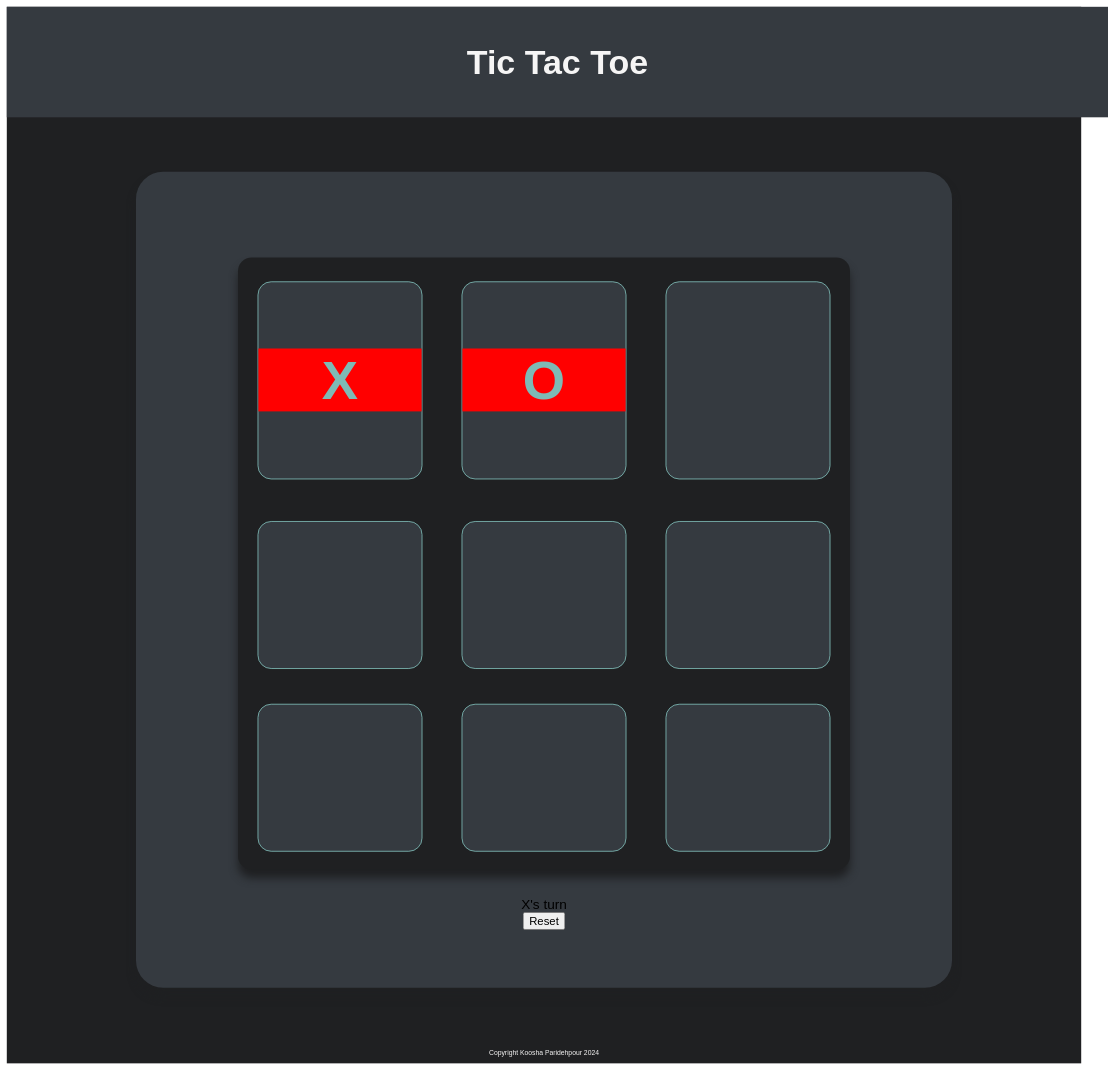
Repository: KooshaPari/odin-TTT
Page: index.html
The author's editor kept a copy of each file at every save. The page is drawn from the files as they stood at one save, then again after the next save.
The browser window is 1280 px wide. The page is 1304 px wide, so the pictures cover 1304 px, including what lies to the right of the window. The pictures show the whole page, at 85% of full size.

Above is the page before, as saved 2024-03-14 22:58:32.

After the next save:
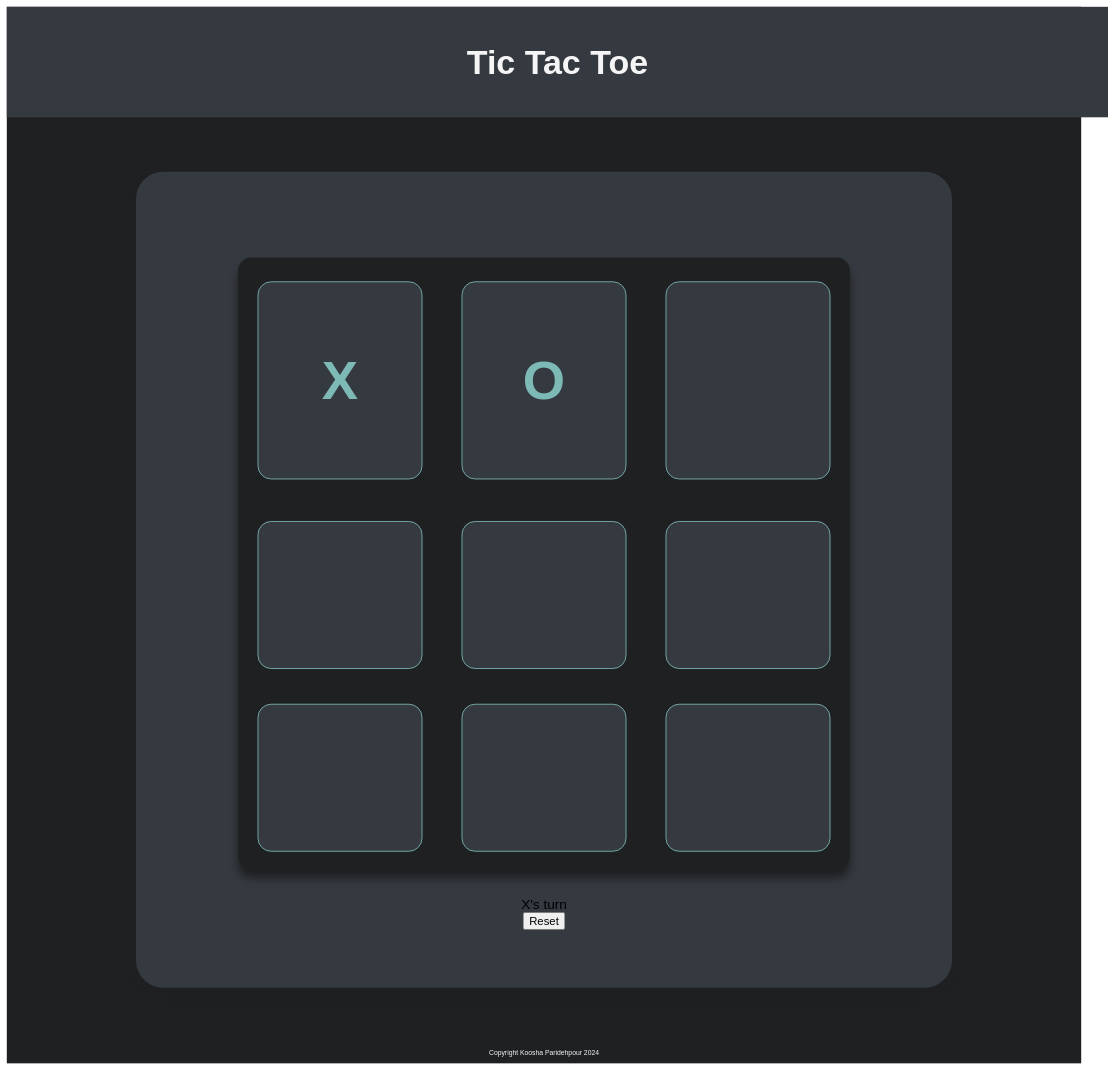
Saved 28 s later.
--- a/style.css
+++ b/style.css
@@ -119,6 +119,7 @@
   color: #7ebab5;
   width: 5vw;
   font-weight: bold;
+  overflow:hidden
   background-color: red;
   padding: 0;
   margin: 0;

After the save that followed:
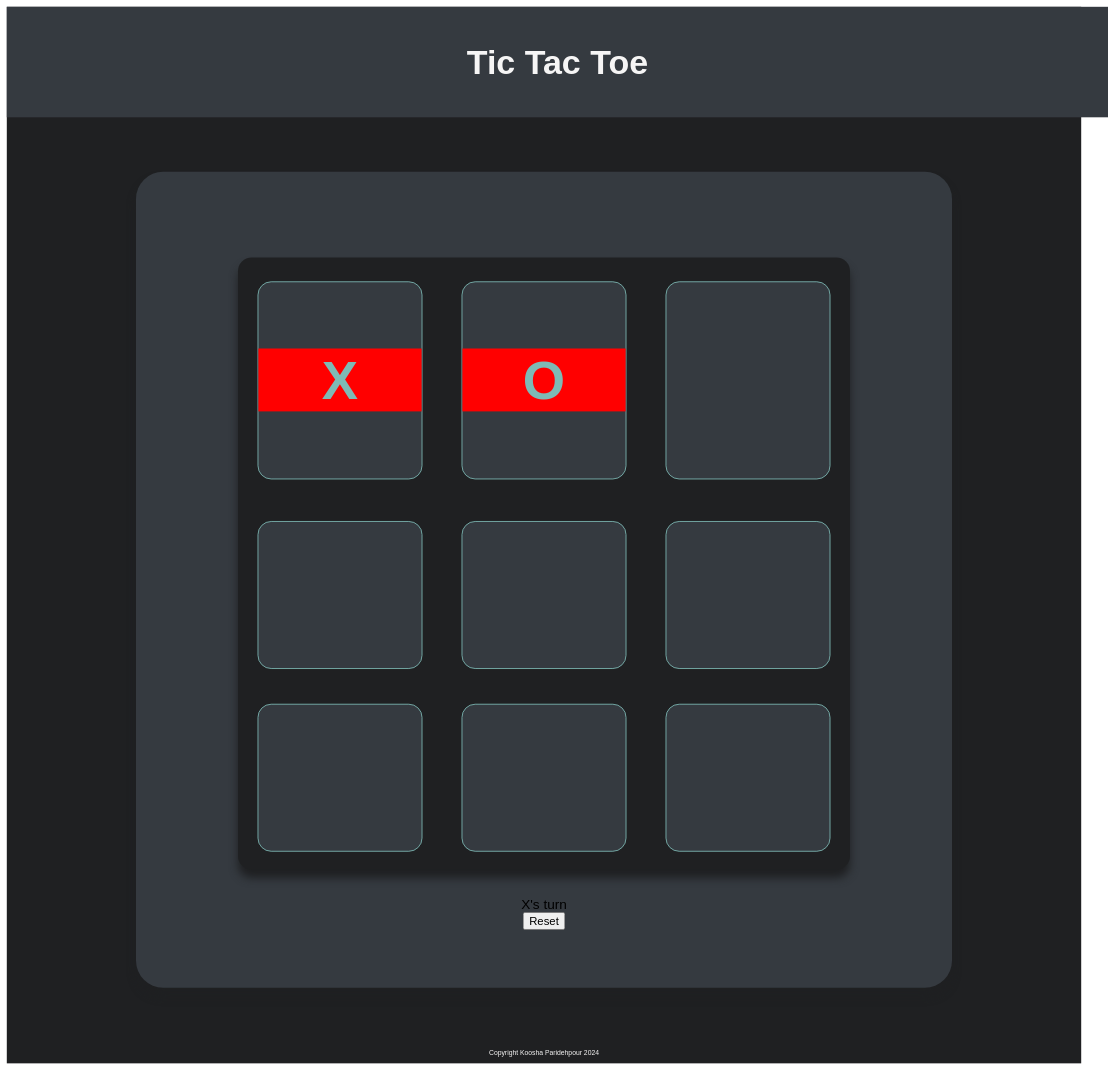
Saved 5 s later.
--- a/style.css
+++ b/style.css
@@ -119,7 +119,7 @@
   color: #7ebab5;
   width: 5vw;
   font-weight: bold;
-  overflow:hidden
+  overflow: hidden;
   background-color: red;
   padding: 0;
   margin: 0;
